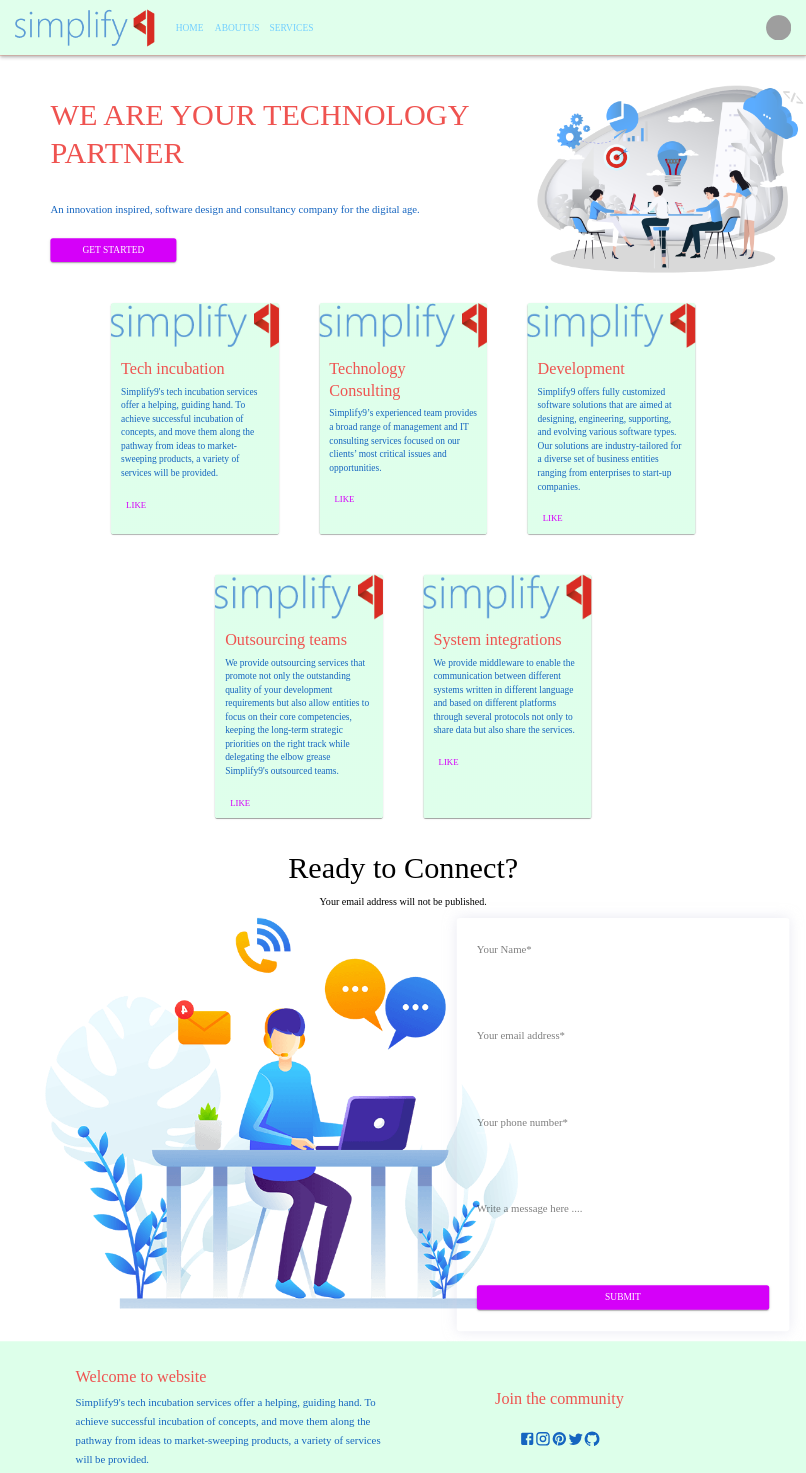
Repository: fawzi-shiyyab19/simplify
Page: /
These files come from the project's save history. The page is drawn as it stood at one moment and after a run of saves; the edit follows.
The browser window is 1280 px wide. The pictures show the whole page, at 63% of full size.
Pictures or frames that could not be fetched are drawn as grey boxes. The project was rebuilt for these pictures with package versions that can differ from the ones it lists, and the page was loaded fresh each time.

Above is the page before, as saved 2023-01-18 15:30:45.

### src/App.js
import { Box, Grid,CssBaseline  } from "@mui/material";
import React from "react";
import ResponsiveAppBar from "./components/header/nav";
import FirstProject from "./components/main/First/hello";
import "./App.css";
import AboutProject from "./components/main/about/about";
import BoxSx from "./components/footer/Footer";
import AllCard from "./components/main/card/card";
import { ThemeProvider, createTheme } from "@mui/material/styles";
import { blue, cyan, grey, purple, red } from "@mui/material/colors";

const theme = createTheme({
  typography: {
    fontFamily: "Quicksand",
    fontSize: 15,
    h4: {
      fontSize: "3rem",
    },
  },
  palette: {
    mode:"dark",
    primary: {
      main: "#ddffea",
    },
    secondary: purple,
    background: {
      paper: "#ddffea",
    },
    customRibRed:{
main :red[400],
superDark:blue[800],
superLight:red[100]
    },
    text :{
primary : '#000000'
    },
    warning: {
      main: "#ed6c02",
    },

  },
});

function App() {
  return (
    <ThemeProvider theme={theme}>

      <Grid container justifyContent="center" gap="3rem">
        <Grid container item xs={12} sx={{ backgroundColor: "red" }}>
          <ResponsiveAppBar />
        </Grid>

        <FirstProject />
        <AllCard />
        <AboutProject />
        <BoxSx />
      </Grid>
    </ThemeProvider>
  );
}

export default App;

### src/components/header/nav.js
import * as React from "react";
import AppBar from "@mui/material/AppBar";
import Box from "@mui/material/Box";
import Toolbar from "@mui/material/Toolbar";
import IconButton from "@mui/material/IconButton";
import Typography from "@mui/material/Typography";
import Menu from "@mui/material/Menu";
import MenuIcon from "@mui/icons-material/Menu";
import Container from "@mui/material/Container";
import Avatar from "@mui/material/Avatar";
import Button from "@mui/material/Button";
import Tooltip from "@mui/material/Tooltip";
import MenuItem from "@mui/material/MenuItem";
import AdbIcon from "@mui/icons-material/Adb";
import Images from "../../assets/simplify.png";
const pages = ["Home", "AboutUs", "Services"];
const settings = ["Profile", "Account", "Dashboard", "Logout"];

function ResponsiveAppBar() {
  const [anchorElNav, setAnchorElNav] = React.useState(null);
  const [anchorElUser, setAnchorElUser] = React.useState(null);

  const handleOpenNavMenu = (event) => {
    setAnchorElNav(event.currentTarget);
  };
  const handleOpenUserMenu = (event) => {
    setAnchorElUser(event.currentTarget);
  };

  const handleCloseNavMenu = () => {
    setAnchorElNav(null);
  };

  const handleCloseUserMenu = () => {
    setAnchorElUser(null);
  };

  return (
    <AppBar position="relative" color="primary" sx={{ width: "100%" }}>
      <Toolbar disableGutters>
        <Typography
          variant="h6"
          noWrap
          component="a"
          href="/"
          sx={{
            display: { xs: "none", md: "flex" },
            fontFamily: "monospace",
            fontWeight: 700,
            letterSpacing: ".3rem",
            color: "inherit",
            textDecoration: "none",
          }}
        >
          <Toolbar>
            <img src={Images} alt="logo" />
          </Toolbar>
        </Typography>

        <Box sx={{ flexGrow: 1, display: { xs: "flex", md: "none" } }}>
          <IconButton
            size="large"
            aria-label="account of current user"
            aria-controls="menu-appbar"
            aria-haspopup="true"
            onClick={handleOpenNavMenu}
            color="inherit"
          >
            <MenuIcon />
          </IconButton>
          <Menu
            id="menu-appbar"
            anchorEl={anchorElNav}
            anchorOrigin={{
              vertical: "bottom",
              horizontal: "left",
            }}
            keepMounted
            transformOrigin={{
              vertical: "top",
              horizontal: "left",
            }}
            open={Boolean(anchorElNav)}
            onClose={handleCloseNavMenu}
            sx={{
              display: { xs: "block", md: "none" },
            }}
          >
            {pages.map((page) => (
              <MenuItem key={page} onClick={handleCloseNavMenu}>
                <Typography textAlign="center">{page}</Typography>
              </MenuItem>
            ))}
          </Menu>
        </Box>
        <Typography
          variant="h5"
          noWrap
          component="a"
          href=""
          sx={{
            mr: 2,
            display: { xs: "flex", md: "none" },
            flexGrow: 1,
            fontFamily: "monospace",
            fontWeight: 700,
            letterSpacing: ".3rem",
            color: "inherit",
            textDecoration: "none",
          }}
        >
          Simplify
        </Typography>
        <Box sx={{ flexGrow: 1, display: { xs: "none", md: "flex" } }}>
          {pages.map((page) => (
            <Button
              key={page}
              onClick={handleCloseNavMenu}
              sx={{ my: 2, color: "#72cfff", display: "block" }}
            >
              {page}
            </Button>
          ))}
        </Box>

        <Box sx={{ flexGrow: 0 }}>
          <Tooltip title="Open settings">
            <IconButton onClick={handleOpenUserMenu} sx={{ p: 3 }}>
              <Avatar alt="Remy Sharp" src="/static/images/avatar/2.jpg" />
            </IconButton>
          </Tooltip>
          <Menu
            sx={{ mt: "45px" }}
            id="menu-appbar"
            anchorEl={anchorElUser}
            anchorOrigin={{
              vertical: "top",
              horizontal: "right",
            }}
            keepMounted
            transformOrigin={{
              vertical: "top",
              horizontal: "right",
            }}
            open={Boolean(anchorElUser)}
            onClose={handleCloseUserMenu}
          >
            {settings.map((setting) => (
              <MenuItem key={setting} onClick={handleCloseUserMenu}>
                <Typography textAlign="center">{setting}</Typography>
              </MenuItem>
            ))}
          </Menu>
        </Box>
      </Toolbar>
    </AppBar>
  );
}
export default ResponsiveAppBar;

### src/components/main/First/hello.js
import {
  Button,
  FormLabel,
  TextField,
  Box,
  Grid,
  CssBaseline,
  Typography,
} from "@mui/material";
import * as React from "react";
import { purple } from "@mui/material/colors";
import Images from "../../../assets/first.png";

function FirstProject() {
  return (
    <Grid container item gap={"3rem"} justifyContent="space-between" xs={12}>
      <Grid
        container
        item
        paddingLeft={10}
        md={7}
        xs={12}
        flexDirection="column"
        justifyContent={"center"}
        alignContent={"center"}
        gap={"2rem"}
      >
        <Typography sx={{color:"customRibRed.main"}} variant="h4" gutterBottom>
          WE ARE YOUR TECHNOLOGY PARTNER
        </Typography>
        <Typography sx={{color:"customRibRed.superDark"}}>
          An innovation inspired, software design and consultancy company for
          the digital age.
        </Typography>
        <Button  color="secondary" variant="contained" sx={{ width: 200 }}>
          Get Started
        </Button>
      </Grid>
      <Grid item md={4} xs={12} component="img" src={Images} />
    </Grid>
  );
}
export default FirstProject;

### src/App.css
body {
  margin:0px;
}

### src/components/main/about/about.js
import { Button, Grid, Typography, Box, Input  } from "@mui/material";
import React from "react";
import { useFormik } from "formik";
import Acontact from "../../../assets/contact.png";

import * as Yup from "yup";

const AboutSchema = Yup.object().shape({
  yourName: Yup.string()
    .min(2, "Too Short!")
    .max(50, "Too Long!")
    .required("Required"),
  writeMessage: Yup.string()
    .min(2, "Too Short!")
    .max(50, "Too Long!")
    .required("Required"),
  yourEmail: Yup.string().email("Invalid email").required("Required"),
  yourPhone: Yup.number()
    .typeError("That doesn't look like a phone number")
    .positive("A phone number can't start with a minus")
    .integer("A phone number can't include a decimal point")
    .min(8)
    .required("A phone number is required"),
});
function AboutProject() {
  const formik = useFormik({
    initialValues: {
      yourName: "",
      yourEmail: "",
      yourPhone: "",
      writeMessage: "",
    },
    validateOnBlur: false,
    validateOnChange: false,
    validationSchema: AboutSchema,
    onSubmit: (values) => {
      alert(JSON.stringify(values));
      console.log(values);
    },
  });


  return (

    <Box
      width={"100%"}
      textAlign="center"
      display="flex"
      flexDirection={"column"}
      gap="1rem"
    >
      <Typography variant="h4" component={"h4"}>
        Ready to Connect?
      </Typography>
      <Typography variant="span" component={"span"}>
        Your email address will not be published.
      </Typography>
      <Grid container spacing={2} width="90%" gap="15%" alignSelf={"center"}>
        <Grid item xs={5}>
          <img src={Acontact} showLoading={true} />
        </Grid>
        <Grid item xs={5}>
          <Box

            width="100%"
            height="100%"
            boxShadow={"rgba(213, 213, 230, 0.55) 0px 0px 20px"}
            borderRadius="5px"
            sx={{
              py: 2,
              display: "grid",
              gap: 2,
              alignItems: "center",
              flexWrap: "wrap",
            }}
            display="flex"
            flexDirection={"column"}
            gap="1rem"
            padding='2rem'
          >
              <Input
              sx={{color:"text.primary"}}
                name="yourName"
                placeholder={"Your Name*"}
                color="secondary"
                onChange={formik.handleChange}
                value={formik.values.yourName}
                onBlur={formik.validateOnBlur}
              />
              <Typography>{formik.errors.yourName}</Typography>

              <Input
                color="secondary"
                placeholder={"Your email address*"}
                name="yourEmail"
                onChange={formik.handleChange}
                value={formik.values.yourEmail}
                onBlur={formik.validateOnBlur}
              />
              <Typography>{formik.errors.yourEmail}</Typography>

              <Input
                color="secondary"
                placeholder={"Your phone number*"}
                name="yourPhone"
                onChange={formik.handleChange}
                value={formik.values.yourPhone}
              />
              <Typography>{formik.errors.yourPhone}</Typography>

              <Input

                color="secondary"
                width="100%"
                minRows={6}
                placeholder="Write a message here ...."
                name="writeMessage"
                onChange={formik.handleChange}
                value={formik.values.writeMessage}
                onBlur={formik.validateOnBlur}
              />
              <Typography>{formik.errors.writeMessage}</Typography>

              <Button color="secondary" onClick={formik.handleSubmit} variant="contained">
                Submit
              </Button>
        </Box>
        </Grid>

      </Grid>
    </Box>
  );
}
export default AboutProject;

### src/components/footer/Footer.js
import * as React from "react";
import Box from "@mui/material/Box";
import Grid from "@mui/material/Grid";
import Typography from "@mui/material/Typography";
import IconButton from "@mui/material/IconButton";
import InstagramIcon from "@mui/icons-material/Instagram";
import FacebookIcon from "@mui/icons-material/Facebook";
import PinterestIcon from "@mui/icons-material/Pinterest";
import GitHubIcon from "@mui/icons-material/GitHub";
import TwitterIcon from "@mui/icons-material/Twitter";
import { useTheme } from "@mui/material/styles";
import useMediaQuery from "@mui/material/useMediaQuery";
import Divider from "@mui/material/Divider";
//Es ist auf Large Bildschirmen nicht centered. Falls Du das willst, entfer
export default function BoxSx() {
  const theme = useTheme();
  const matches = useMediaQuery(theme.breakpoints.up("lg"));

  return (
    <Grid
      pt={5}
      sx={{
        width: "100%",
        backgroundColor: "#ddffea",
      }}
    >
      <Grid
        container
        direction="row-reverse"
        width={"100%"}
        justifyContent="center"
        alignItems="center"
        spacing={3}
        sx={{ px: 15 }}
      >
        <Grid item xs={12} lg={6}>
          <Grid
            container
            direction="column"
            gap={"1rem"}
            justifyContent="center"
            spacing={1}
            alignItems={"center"}
          >
            <Grid item xs={12}>
              <br></br>
              <Typography sx={{color:"customRibRed.main"}} variant="h5" component="div" gutterBottom>
                Join the community
              </Typography>
            </Grid>
            <Grid item xs={12}>
              <Grid
                sx={{color:"customRibRed.superDark"}}
                container
                direction="row"
                justifyContent="flex-start"
                alignItems="center"
              >
                <FacebookIcon />
                <InstagramIcon />
                <PinterestIcon />
                <TwitterIcon />
                <GitHubIcon />
              </Grid>
            </Grid>
            <Grid item xs={12}></Grid>
          </Grid>
        </Grid>
        {matches ? null : (
          <Grid item xs={12} sx={{ width: "100%" }}>
            <Divider variant="middle" />
          </Grid>
        )}
        <Grid item xs={12} lg={6}>
          <Grid
            container
            direction="column"
            justifyContent="center"
            alignItems={matches ? "flex-start" : "center"}
          >
            <Grid item xs={12}>
              <Typography variant="h5" component="h5" gutterBottom sx={{color:"customRibRed.main"}}>
                Welcome to website
              </Typography>
            </Grid>
            <Grid item xs={12}>
              <Typography

                sx={{color:"customRibRed.superDark" , textAlign: matches ? null : "center" }}
                variant="subtitle1"
                component="h5"
                gutterBottom
              >
                Simplify9's tech incubation services offer a helping, guiding
                hand. To achieve successful incubation of concepts, and move
                them along the pathway from ideas to market-sweeping products, a
                variety of services will be provided.
              </Typography>
            </Grid>
          </Grid>
        </Grid>
      </Grid>
    </Grid>
  );
}

### src/components/main/card/card.js
import MediaCard from "./mediacard";
import first from "../../../assets/imageone.png";
import second from "../../../assets/imagetwo.png";
import three from "../../../assets/imagethree.png";
import four from "../../../assets/imagefour.png";
import five from "../../../assets/imagefive.png";

import { Box, Grid } from "@mui/material";

const mediaCards = [
  {
    image: { first },
    title: "Tech incubation",
    description: `Simplify9's tech incubation services offer a helping, guiding hand. To achieve successful incubation of concepts, and move them along the pathway from ideas to market-sweeping products, a variety of services will be provided.`,
  },
  {
    image: { second },
    title: "Technology Consulting",
    description: `Simplify9’s experienced team provides a broad range of management and IT consulting services focused on our clients’ most critical issues and opportunities.`,
  },
  {
    image: { three },
    title: "Development",
    description: ` Simplify9 offers fully customized software solutions that are aimed at designing, engineering, supporting, and evolving various software types. Our solutions are industry-tailored for a diverse set of business entities ranging from enterprises to start-up companies.`,
  },
  {
    image: { four },
    title: "Outsourcing teams",
    description: `We provide outsourcing services that promote not only the outstanding quality of your development requirements but also allow entities to focus on their core competencies, keeping the long-term strategic priorities on the right track while delegating the elbow grease Simplify9's outsourced teams.`,
  },
  {
    image: { five },
    title: "System integrations",
    description: `We provide middleware to enable the communication between different systems written in different language and based on different platforms through several protocols not only to share data but also share the services.`,
  },
];

export default function Cards() {
  return (
    <Grid
      container
      item
      xs={10}
      gap="4rem"
      justifyContent={"center"}
      alignContent="center"
    >
      {mediaCards.map((mediaCard, i) => {
        return (
          <Grid key={`${i}-${mediaCard?.title}`} item container xs={12} md={3}>
            <MediaCard {...mediaCard} />
          </Grid>
        );
      })}
    </Grid>
  );
}

### src/components/main/card/mediacard.js
import {
  Button,
  Card,
  Grid,
  CardContent,
  CardMedia,
  Typography,
  CardActions,
} from "@mui/material";
import Images from "../../../assets/simplify.png";

export default function MediaCard({ image, title, description }) {
  return (
    <Grid component={Card}>
      <CardMedia component="img" image={Images} title={title}  />
      <CardContent>
        <Typography sx={{color:"customRibRed.main"}} gutterBottom variant="h5" component="h2">
          {title}
        </Typography>
        <Typography sx={{color:"customRibRed.superDark"}} variant="body2" color="textSecondary" component="p">
          {description}
        </Typography>
      </CardContent>

      <CardActions>
        <Button size="small" color="secondary">
          like
        </Button>

      </CardActions>
    </Grid>
  );
}

Loaded but not shown: public/index.html (common file); src/index.js (common file); src/reportWebVitals.js (common file)

After the next 3 saves:
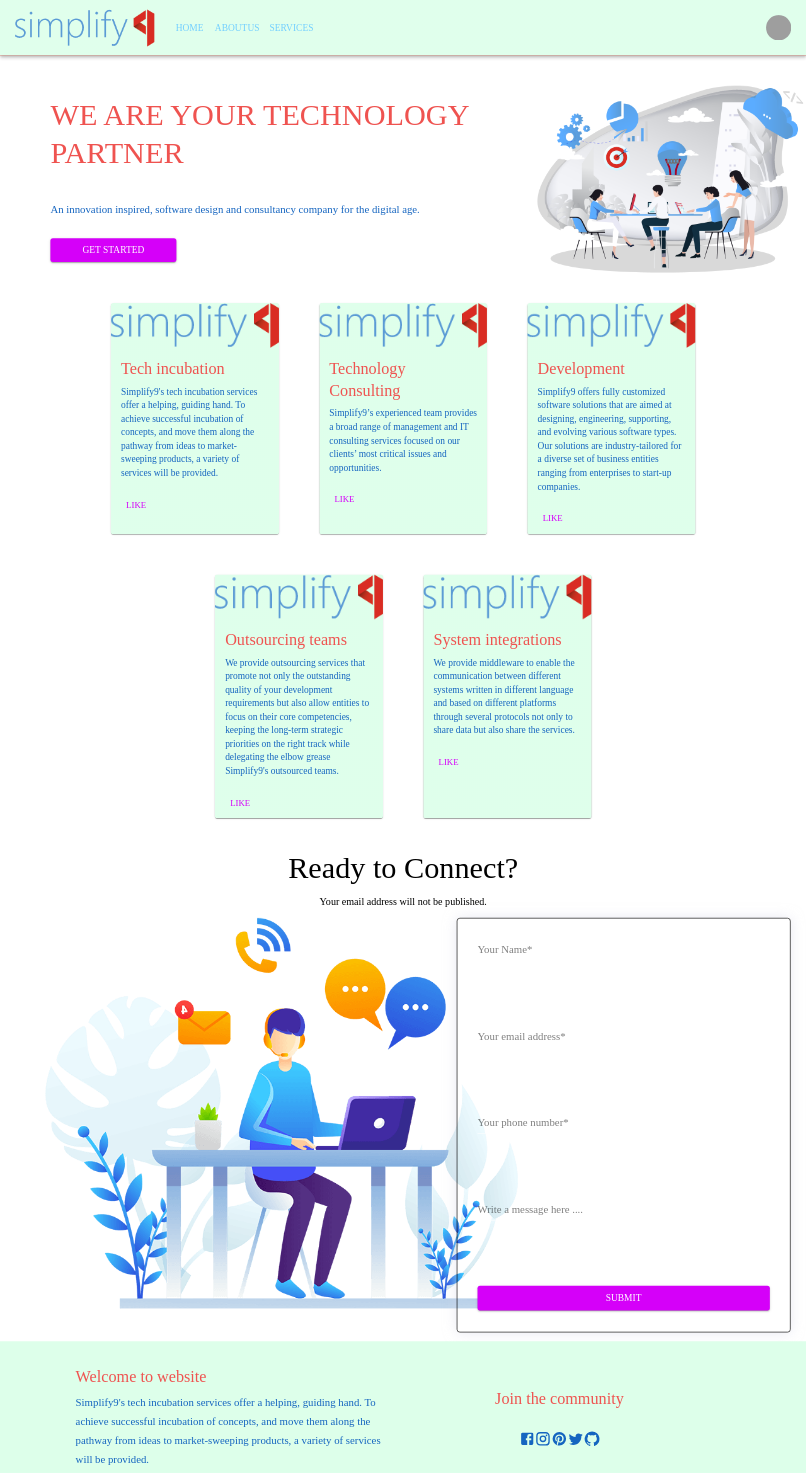
The 3 saves are shown as one change because 1 did not build or start and some came seconds apart.
The last was saved 81 s later.
--- a/src/components/main/about/about.js
+++ b/src/components/main/about/about.js
@@ -72,6 +72,7 @@
               gap: 2,
               alignItems: "center",
               flexWrap: "wrap",
+              border:1
             }}
             display="flex"
             flexDirection={"column"}

After the 3 saves that followed:
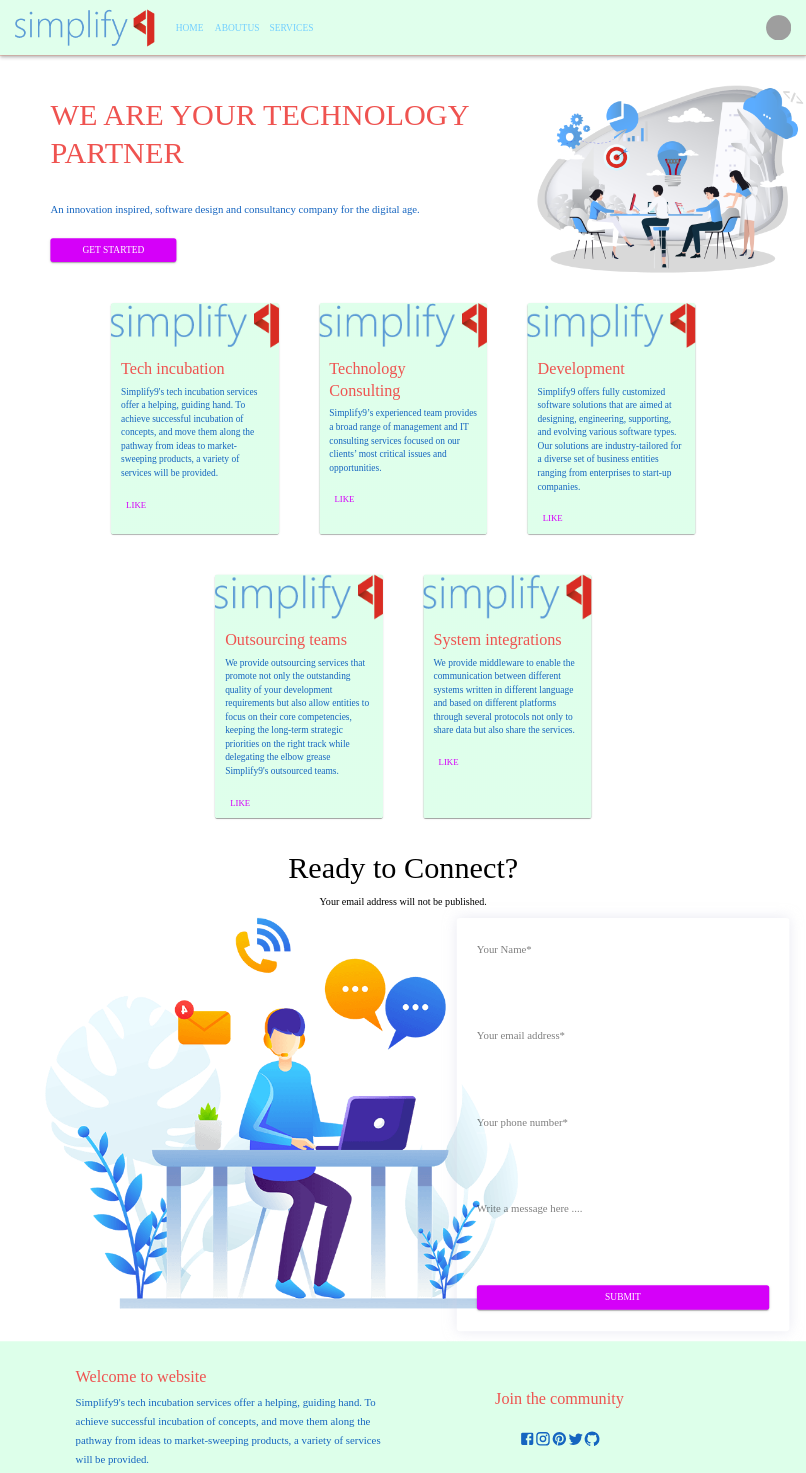
The 3 saves are shown as one change because they came seconds apart.
The last was saved 28 s later.
--- a/src/components/main/about/about.js
+++ b/src/components/main/about/about.js
@@ -72,8 +72,8 @@
               gap: 2,
               alignItems: "center",
               flexWrap: "wrap",
-              border:1
-            }}
+              borderColor: 'primary.main'
+                }}
             display="flex"
             flexDirection={"column"}
             gap="1rem"
